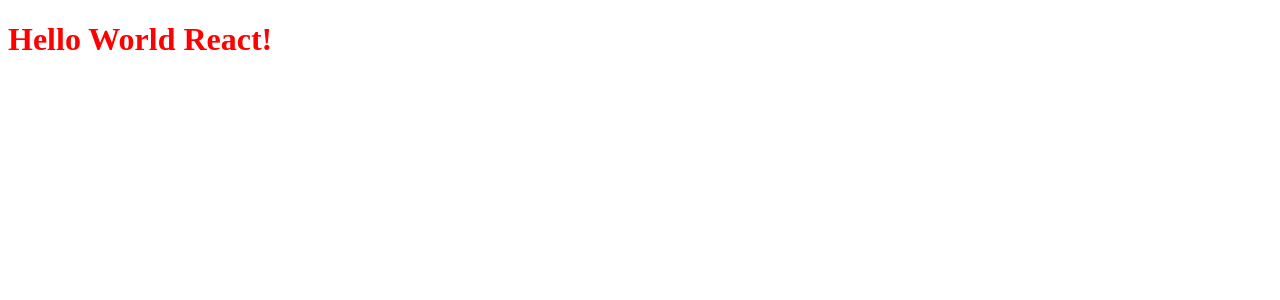
Repository: Himakaretggs/learn-react
Page: index.html
An editor plug-in stored every save of this project. The page is shown before and after the next save, followed by the edit.
The browser window is 1280 px wide. The pictures show the whole page.

Above is the page before, as saved 2023-09-02 21:20:47.

### index.html
<!DOCTYPE html>
<html lang="en">
<head>
    <meta charset="UTF-8">
    <meta name="viewport" content="width=device-width, initial-scale=1.0">
    <title>Nameste React</title>
    <link rel="stylesheet" href="./index.css">
</head>
<body>
    <div id="root"></div>

    <script crossorigin src="https://unpkg.com/react@18/umd/react.development.js"></script>
    <script crossorigin src="https://unpkg.com/react-dom@18/umd/react-dom.development.js"></script>
    <script src="./App.js"></script>
</body>
</html>

### App.js
var heading = React.createElement(
    "h1",
    {id: "heading"},
    "Hello World React!"
);

var root = ReactDOM.createRoot(document.getElementById("root"));

root.render(heading);

Loaded but not shown: index.css (common file)

After the next save:
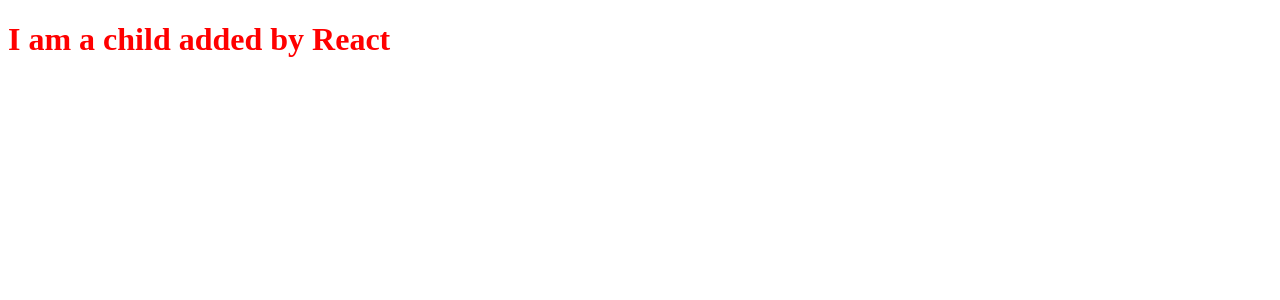
Saved 13 min 38 s later.
--- a/App.js
+++ b/App.js
@@ -1,7 +1,15 @@
 var heading = React.createElement(
-    "h1",
-    {id: "heading"},
-    "Hello World React!"
+    "div",
+    {id: "parent"},
+    React.createElement(
+        'div',
+        {id: "child"},
+        React.createElement(
+            'h1',
+            {id: 'element'},
+            "I am a child added by React"
+        )
+    )
 );
 
 var root = ReactDOM.createRoot(document.getElementById("root"));
